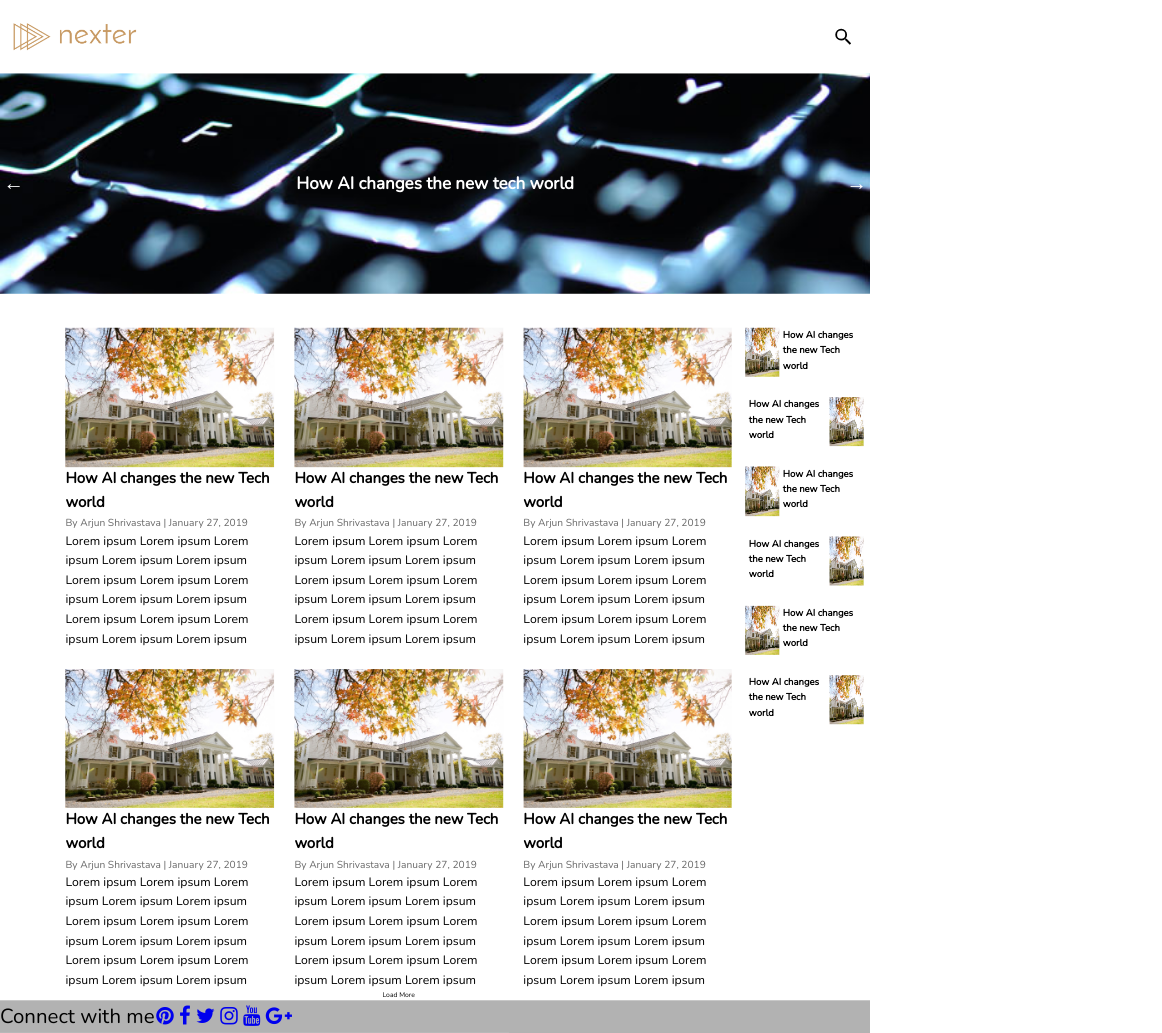
Repository: geekyarjun/myblog
Page: index.html
An editor plug-in stored every save of this project. The page is shown before and after the next save, followed by the edit.
The browser window is 1280 px wide. The page is 1280 px wide, then 1709 px, so the pictures cover 1709 px, including what lies to the right of the window. The pictures show the whole page, at 68% of full size.
Some web libraries are served in a nearby version. The style sheet was rebuilt from its Sass, Less or Tailwind sources for each picture, by a compiler version that may differ from the author's.

Above is the page before, as saved 2019-03-03 18:57:39.

### index.html
<!DOCTYPE html>
<html>
<head>
    <meta charset="utf-8" />
    <meta http-equiv="X-UA-Compatible" content="IE=edge">
    <title>Tech Stack</title>
    <meta name="viewport" content="width=device-width, initial-scale=1">
    <link href="https://fonts.googleapis.com/css?family=Nunito:200,300,400" rel="stylesheet">
    <link rel="stylesheet" href="css/style.css">
    <link href='https://fonts.googleapis.com/css?family=Open+Sans|Oswald:300' rel='stylesheet' type='text/css'>
    <link rel="stylesheet" href="https://maxcdn.bootstrapcdn.com/font-awesome/4.4.0/css/font-awesome.min.css">

    <!-- <link href="https://fonts.googleapis.com/css?family=Nunito:300,400,600" rel="stylesheet"> -->
</head>
<body class="container">
    <header class="header">
        <img src="/img/logo.png" alt="techstack logo" class="header__logo">
        <img src="/img/search.svg" alt="Search icon" class="header__search-logo">
    </header>
    <section class="slider">
        <img src="img/best-tech-sites.jpg" alt="slide post-1" />
        <h2>How AI changes the new tech world</h2>
        <button class="slider--previous" onclick="moveSlides('-')">&larr;</button>
        <button class="slider--next" onclick="moveSlides('+')">&rarr;</button>
    </section>
    <main class="post_container">
        <article>
            <img src="img/gal-1.jpeg" alt="first post" />
            <h2>How AI changes the new Tech world</h2>
            <p class="author">By Arjun Shrivastava | January 27, 2019</p>
            <p class="text">Lorem ipsum Lorem ipsum Lorem ipsum Lorem ipsum Lorem ipsum Lorem ipsum Lorem ipsum Lorem ipsum Lorem ipsum Lorem ipsum Lorem ipsum Lorem ipsum Lorem ipsum Lorem ipsum Lorem ipsum</p>
        </article>
        <article>
            <img src="img/gal-1.jpeg" alt="first post" />
            <h2>How AI changes the new Tech world</h2>
            <p class="author">By Arjun Shrivastava | January 27, 2019</p>
            <p class="text">Lorem ipsum Lorem ipsum Lorem ipsum Lorem ipsum Lorem ipsum Lorem ipsum Lorem ipsum Lorem ipsum Lorem ipsum Lorem ipsum Lorem ipsum Lorem ipsum Lorem ipsum Lorem ipsum Lorem ipsum</p>
        </article>
        <article>
            <img src="img/gal-1.jpeg" alt="first post" />
            <h2>How AI changes the new Tech world</h2>
            <p class="author">By Arjun Shrivastava | January 27, 2019</p>
            <p class="text">Lorem ipsum Lorem ipsum Lorem ipsum Lorem ipsum Lorem ipsum Lorem ipsum Lorem ipsum Lorem ipsum Lorem ipsum Lorem ipsum Lorem ipsum Lorem ipsum Lorem ipsum Lorem ipsum Lorem ipsum</p>
        </article>
        <article>
            <img src="img/gal-1.jpeg" alt="first post" />
            <h2>How AI changes the new Tech world</h2>
            <p class="author">By Arjun Shrivastava | January 27, 2019</p>
            <p class="text">Lorem ipsum Lorem ipsum Lorem ipsum Lorem ipsum Lorem ipsum Lorem ipsum Lorem ipsum Lorem ipsum Lorem ipsum Lorem ipsum Lorem ipsum Lorem ipsum Lorem ipsum Lorem ipsum Lorem ipsum</p>
        </article>
        <article>
            <img src="img/gal-1.jpeg" alt="first post" />
            <h2>How AI changes the new Tech world</h2>
            <p class="author">By Arjun Shrivastava | January 27, 2019</p>
            <p class="text">Lorem ipsum Lorem ipsum Lorem ipsum Lorem ipsum Lorem ipsum Lorem ipsum Lorem ipsum Lorem ipsum Lorem ipsum Lorem ipsum Lorem ipsum Lorem ipsum Lorem ipsum Lorem ipsum Lorem ipsum</p>
        </article>
        <article>
            <img src="img/gal-1.jpeg" alt="first post" />
            <h2>How AI changes the new Tech world</h2>
            <p class="author">By Arjun Shrivastava | January 27, 2019</p>
            <p class="text">Lorem ipsum Lorem ipsum Lorem ipsum Lorem ipsum Lorem ipsum Lorem ipsum Lorem ipsum Lorem ipsum Lorem ipsum Lorem ipsum Lorem ipsum Lorem ipsum Lorem ipsum Lorem ipsum Lorem ipsum</p>
        </article>
    </main>
    <aside class="aside-latest-blog-post">
        <article>
            <img src="img/gal-1.jpeg" alt="first post" />
            <h3>How AI changes the new Tech world</h3>
        </article>
        <article class="aside-latest-blog-post__alternate-post">
            <h3>How AI changes the new Tech world</h3>
            <img src="img/gal-1.jpeg" alt="first post" />
        </article>
        <article>
            <img src="img/gal-1.jpeg" alt="first post" />
            <h3>How AI changes the new Tech world</h3>
        </article>
        <article class="aside-latest-blog-post__alternate-post">
            <h3>How AI changes the new Tech world</h3>
            <img src="img/gal-1.jpeg" alt="first post" />
        </article>
        <article>
            <img src="img/gal-1.jpeg" alt="first post" />
            <h3>How AI changes the new Tech world</h3>
        </article>
        <article class="aside-latest-blog-post__alternate-post">
            <h3>How AI changes the new Tech world</h3>
            <img src="img/gal-1.jpeg" alt="first post" />
        </article>
    </aside>
    <section class="load-more">Load More</section>
    <footer class="footer">
        <section class="footer__wrapper">
            <section class="footer__connect-text">Connect with me</section>
            <section class="footer__social-icon">
                <a href="https://www.pinterest.com/paviliongift/" class="generic-anchor" target="_blank" title="Pinterest" itemprop="significantLink"><i
                        class="fa fa-pinterest"></i></a>
                <a href="https://www.facebook.com/paviliongift" class="generic-anchor" target="_blank" title="Facebook" itemprop="significantLink"><i
                        class="fa fa-facebook"></i></a>
                <a href="https://twitter.com/PavilionGiftCo" class="generic-anchor" target="_blank" title="Twitter" itemprop="significantLink"><i
                        class="fa fa-twitter"></i></a>
                <a href="http://instagram.com/paviliongiftcompany" class="generic-anchor" target="_blank" title="Instagram" itemprop="significantLink"><i
                        class="fa fa-instagram"></i></a>
                <a href="https://www.youtube.com/channel/UCYgUODvd0qXbu_LkUWpTVEg" class="generic-anchor" target="_blank" title="Youtube"
                    itemprop="significantLink"><i class="fa fa-youtube"></i></a>
                <a href="https://plus.google.com/+Paviliongift/posts" class="generic-anchor" target="_blank" title="Google Plus"
                    itemprop="significantLink"><i class="fa fa-google-plus"></i></a>
            </section>
        </section>
    </footer>
    <script src="main.js"></script>
</body>
</html>

### img/search.svg
<svg id="Layer_1" xmlns="http://www.w3.org/2000/svg" viewBox="0 0 24 24" width="24" height="24"><path fill="black" fill-opacity="1" d="M15.009 13.805h-.636l-.22-.219a5.184 5.184 0 0 0 1.256-3.386 5.207 5.207 0 1 0-5.207 5.208 5.183 5.183 0 0 0 3.385-1.255l.221.22v.635l4.004 3.999 1.194-1.195-3.997-4.007zm-4.808 0a3.605 3.605 0 1 1 0-7.21 3.605 3.605 0 0 1 0 7.21z"></path></svg>

### main.js
// let showSlideIndex = 1;

// const showSlides = () => {
//     const slides = document.getElementsByClassName('slider__slide');
//     console.log("showSlides", slides.length);
//     for(let i=0; i<slides.length; i++) {
//         slides[i].style.display = 'none';
//     }
//     console.log("showSlideIndex", showSlideIndex);
//     if(showSlideIndex > slides.length || showSlideIndex <= 0 ) { showSlideIndex=1; }

//     slides[showSlideIndex-1].style.display = 'block';
// }

// showSlides();

// const moveSlides = (direction) => {
//     if (direction === '+') {
//         showSlideIndex++;
//         showSlides();
//     } else {
//         showSlideIndex--;
//         showSlides();
//     }
// }

### sass/main.scss
@import "base.scss";
@import "header.scss";
@import "slider.scss";
@import "postcontainer.scss";
@import "aside.scss";
@import "footer.scss";
@import "loadMore.scss";

### sass/_base.scss
*,
*::before,
*::after {
    margin: 0;
    padding: 0;
}

html {
    box-sizing: border-box;
    font-size: 62.5% // 10px/16px = 62.5(1rem == 10px)
}

body {
    font-weight: 300;
    line-height: 1.6;
    // height: 100vh;
    font-family: 'Nunito', sans-serif;
}

.container {
    display: grid;
    grid-template-rows: 15vh 45vh repeat(3, min-content);
    grid-template-columns: [full-start] minmax(6rem, 1fr) [center-start] repeat(8, [col-start] minmax(min-content, 14rem) [col-end]) [center-end] minmax(6rem, 1fr) [full-end];
}

### sass/_header.scss
.header {
    // background-color: blueviolet;
    padding: 2rem;

    grid-column: full-start / full-end;

    display: grid;
    grid-template-columns: max-content max-content;
    justify-content: space-between;
    align-items: center;

    // & > * {
    //     padding: 0 2rem;
    // }

    &__logo {
        // width: 6rem;
        height: 4rem;
    }

    &__search-logo {
        width: 4rem;
        height: 4rem;
    }
}

### sass/_slider.scss
.slider {
    // background-color: lightcoral;

    grid-column: 1 / -1;
    position: relative;

    display: grid;
    grid-template-columns: repeat(8, minmax(min-content,1fr));
    grid-template-rows: repeat(3, 1fr);

    img {
        grid-column: 1 / -1;
        grid-row: 1 / -1;
        height: 100%;
        width: 100%;
        object-fit: cover;
    }

    h2 {
        color: white;
        text-align: center;
        font-size: 2.5rem;

        grid-row: 2 / span 1;
        grid-column: 2 / span 6;
        justify-self: center;
        align-self: center;
    }

    button {
        // font-size: 5rem;
        // position: absolute;
        color: white;
        background: none;
        border: none;
        line-height: 0;
        cursor: pointer;
        font-size: 3rem;
        padding: 5px;
        transition: all .5s;
        // font-weight: 100;
    }

    // &__slide {
    //     height: 100%;

    //     img {
    //         width: 100%;
    //         height: 100%;
    //         object-fit: cover;
    //         filter: blur(1px);
    //     }

    //     h2 {
    //         // position: absolute;
    //         top: 50%;
    //         left: 50%;
    //         transform: translate(-15rem, -1rem);
    //         color: white;
    //         font-size: 2.5rem;
    //     }
    // }

    // button {
    //     font-size: 5rem;
    //     // position: absolute;
    //     color: white;
    //     background: none;
    //     border: none;
    //     line-height: 0;
    //     cursor: pointer;
    //     // font-weight: 100;
    // }

    button:hover {
        background-color: red;
    }

    &--previous {
        top: 50%;
        left: 0;
        // padding: 2rem 1rem;

        grid-column: 1 / span 1;
        grid-row: 2 / span 1;
        justify-self: start;

    }

    &--next {
        top: 50%;
        right: 0;
        // padding: 2rem 1rem;

        grid-column: 8 / span 1;
        grid-row: 2 / span 1;
        justify-self: end;
    }
}

.fade {
    animation: fade 1s ease-in;
}

@keyframes fade {
    0% {opacity: .4;}
    100% {opacity: 1;}
}

### sass/_postcontainer.scss
.post_container {
    // background-color: gainsboro;
    margin-top: 5rem;

    grid-column: center-start / col-end 7;
    grid-gap: 3rem;

    display: grid;
    grid-template-columns: repeat(auto-fit, minmax(30rem, 1fr));

    article {
        display: grid;
        grid-template-columns: repeat(2, 1fr);

        img {
            width: 100%;
            // height: 100%;
            object-fit: cover;

            grid-column: 1 / -1;
        }

        h2 {
            font-size: 2.2rem;

            grid-column: 1 / -1;
        }

        .author {
            font-size: 1.5rem;
            color: rgba(0,0,0,0.6);

            grid-column: 1 / -1;
        }

        .text {
            font-size: 1.8rem;
            grid-column: 1 / -1;
        }


    }
}

### sass/_aside.scss
.aside-latest-blog-post {
    margin-top: 5rem;
    margin-left: 2rem;
    margin-right: 1rem;

    display: grid;
    grid-row-gap: 3rem;
    grid-auto-rows: max-content;

    grid-column: col-start 8 / full-end;

    article {
        display: grid;
        grid-template-columns: 5rem auto;

        img {
            width: 100%;
            height: 100%;
        }

        h3 {
            font-size: 1.4rem;
            padding: 0rem 0rem .5rem .5rem;
        }

        @media screen and (max-width: 1200px) {
            img {
                grid-column: 1 / -1;
            }

            h3 {
                grid-column: 1 / -1;
            }
        }
    }

    &__alternate-post {
        display: grid !important;
        grid-template-columns: auto 5rem !important;

        @media screen and (max-width: 1200px) {
            h3 {
                grid-row: 2;
            }
        }
    }
}

### sass/_footer.scss
.footer {
    background-color: rgba(0,0,0, .3);

    grid-column: full-start / full-end;

    &__wrapper {

        /* ::after {
            content: '';
            width: 100%;
            border-top: 1px solid black;
            position: absolute;
        } */
    }

    &__connect-text {
        font-size: 3rem;
        display: inline-block;
    }

    &__social-icon {
        font-size: 3rem;
        display: inline-block;
    }
}

### sass/_loadMore.scss
.load-more {
    text-align: center;

    grid-column: center-start / col-end 7;
}

After the next save:
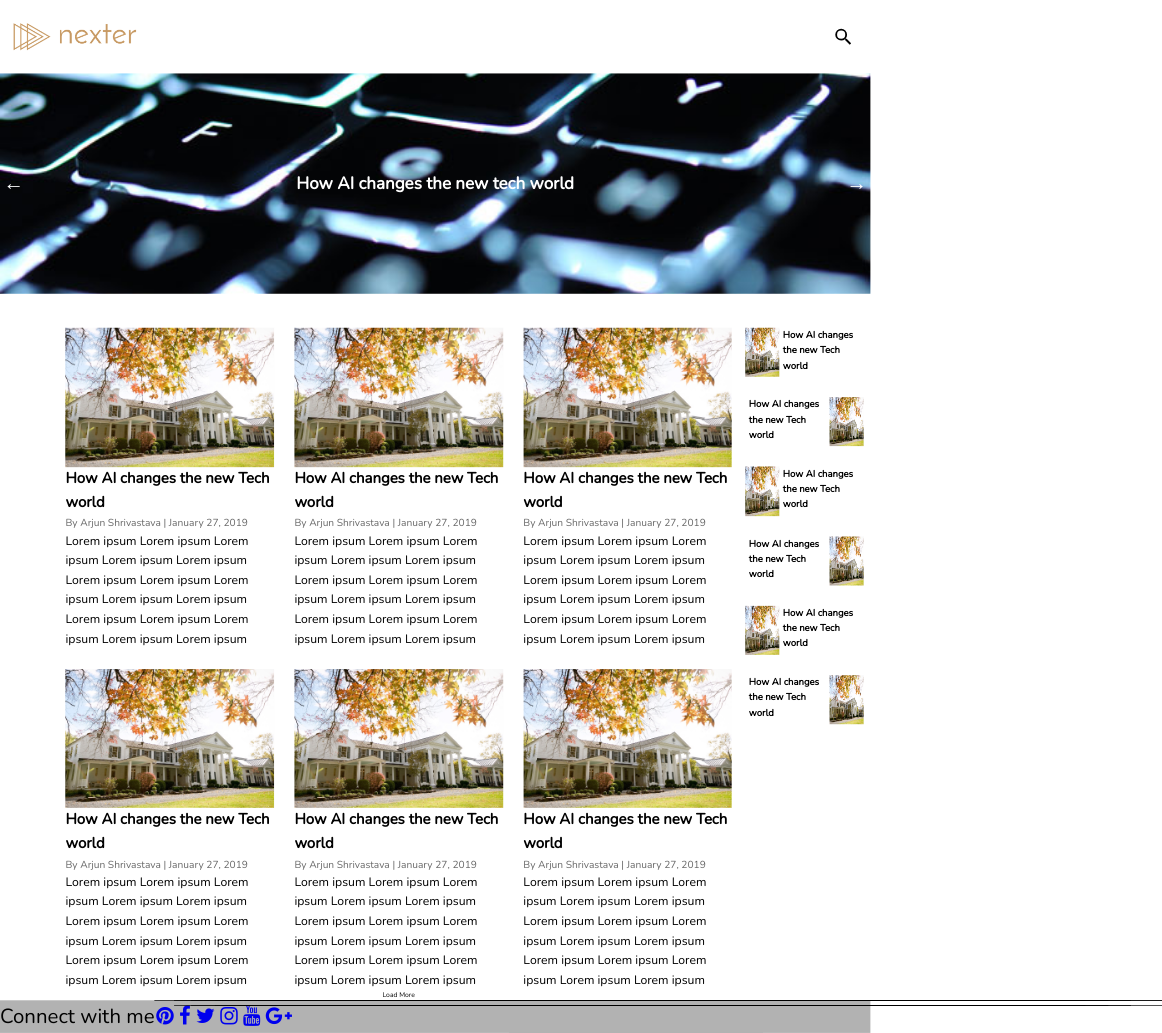
Saved 7 s later.
--- a/sass/_footer.scss
+++ b/sass/_footer.scss
@@ -5,12 +5,12 @@
 
     &__wrapper {
 
-        /* ::after {
+        ::after {
             content: '';
             width: 100%;
             border-top: 1px solid black;
             position: absolute;
-        } */
+        }
     }
 
     &__connect-text {
